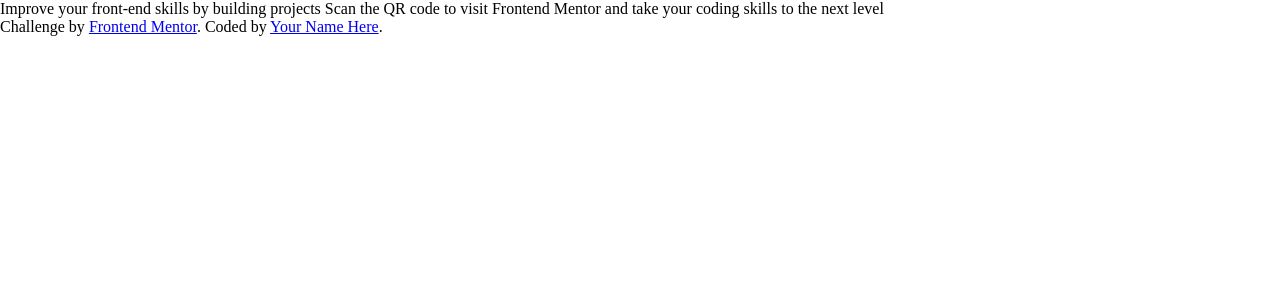
Repository: thaibaocoder1/qr-code-component
Page: index.html
An editor plug-in stored every save of this project. The page is shown before and after a run of saves, followed by the edit.
The browser window is 1280 px wide. The pictures show the whole page.

Above is the page before, as saved 2023-01-05 14:37:30.

### index.html
<!DOCTYPE html>
<html lang="en">
<head>
  <meta charset="UTF-8">
  <meta name="viewport" content="width=device-width, initial-scale=1.0">
  <link rel="icon" type="image/png" sizes="32x32" href="./images/favicon-32x32.png">
  <title>Frontend Mentor | QR code component</title>
  <link rel="stylesheet" href="./styles.css">
</head>
<body>

  Improve your front-end skills by building projects

  Scan the QR code to visit Frontend Mentor and take your coding skills to the next level

  <div class="attribution">
    Challenge by <a href="https://www.frontendmentor.io?ref=challenge" target="_blank">Frontend Mentor</a>.
    Coded by <a href="#">Your Name Here</a>.
  </div>
</body>
</html>

### styles.css
* {
    margin: 0;
    padding: 0;
    box-sizing: border-box;

}
:root {
    --main-color: hsl(228, 45%, 44%);
}

After the next 33 saves:
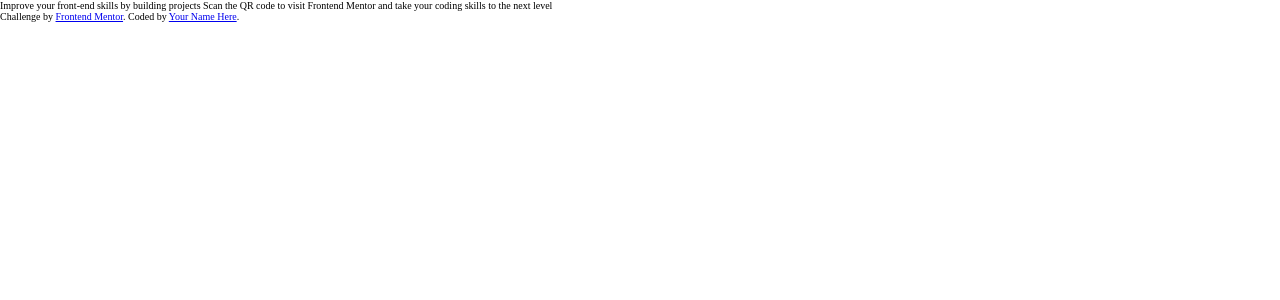
The 33 saves are shown as one change because they came seconds apart.
The last was saved 45 s later.
--- a/styles.css
+++ b/styles.css
@@ -2,7 +2,16 @@
     margin: 0;
     padding: 0;
     box-sizing: border-box;
-
+    border: none;
+    outline: none;
+    transition: all 0.2s linear;
+}
+html {
+    font-size: 62.5%;
+}
+body {
+    text-rendering: optimizeLegibility;
+    scroll-behavior: smooth;
 }
 :root {
     --main-color: hsl(228, 45%, 44%);
